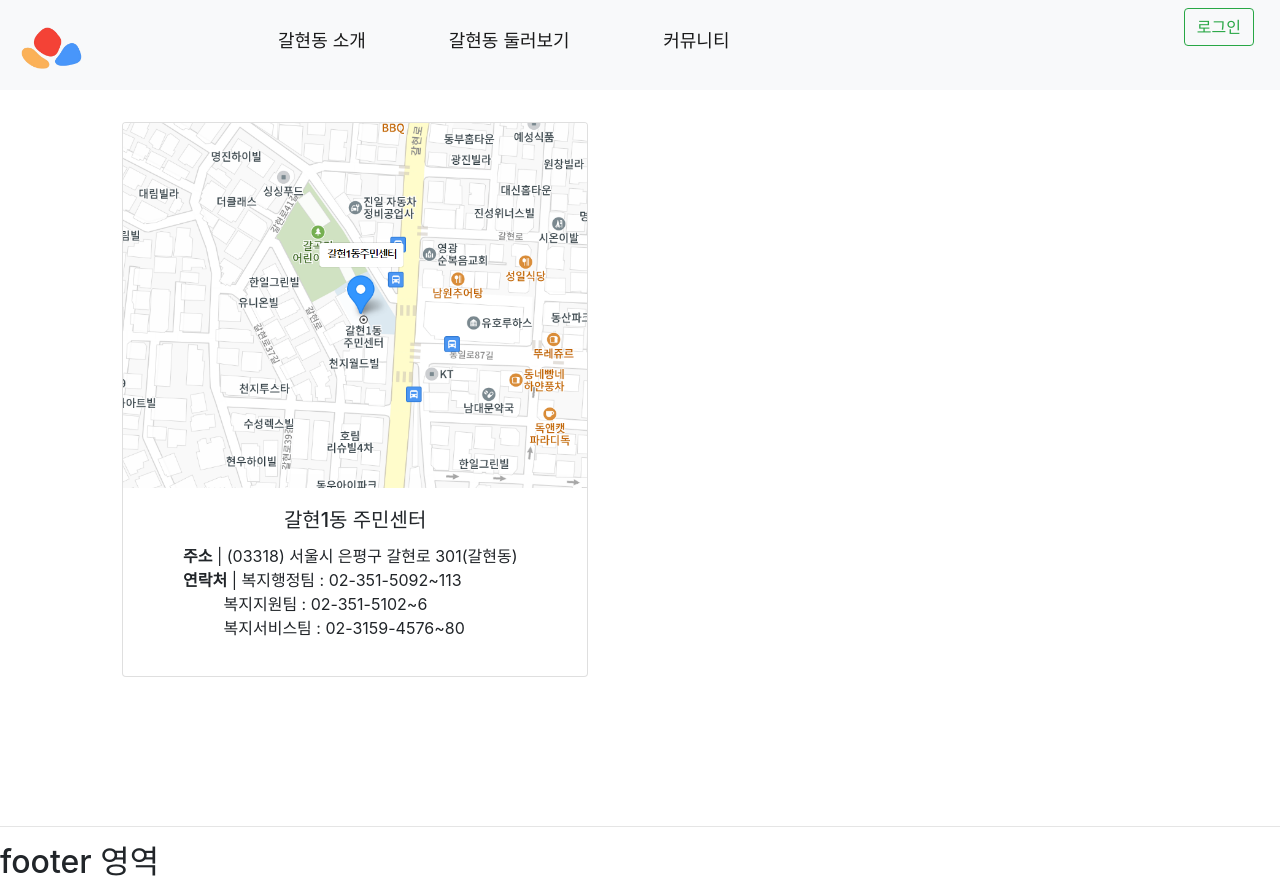
Repository: rnjsmj/pro01
Page: http://localhost/pro01/intro/map.jsp
An editor plug-in stored every save of this project. The page is shown before and after the next save, followed by the edit.
The browser window is 1280 px wide. The pictures show the whole page.
The page is served by Tomcat 9. Nobody is signed in. The application's start-up code is not run. Other server files are loaded and not shown. The template is opened directly, without the code that normally fills it, so the values that code supplies are empty.

Above is the page before, as saved 2024-04-14 16:16:17.

### pro01/WebContent/intro/map.jsp
<%@ page language="java" contentType="text/html; charset=UTF-8"
    pageEncoding="UTF-8"%>
<%@ taglib prefix="c" uri="http://java.sun.com/jsp/jstl/core" %>
<%@ taglib prefix="fmt" uri="http://java.sun.com/jsp/jstl/fmt" %>
<c:set var="path0" value="<%=request.getContextPath() %>" />
<!DOCTYPE html>
<html>
<head>
<meta charset="UTF-8">
<title>갈현동 소개 - 지역 유래</title>
<%@ include file="/head.jsp" %>
<style>
	#contents { background-color: #ffffff; height:100vh; text-align:center;justify-content:center; display:grid; }
	.page { padding : 2em; text-align : center; justify-content:center; width:1100px;}
	.map-main {text-align:center; width:100%}
	.div-map1 {float:left; text-align:center;  width:50%; box-sizing:border-box;}
	.div-map2 {float:right; text-align:center;  width:50%; box-sizing:border-box;}


	.box_list { display: inline-block; vertical-align: middle; list-style:none;

    unicode-bidi: isolate;
    text-align:left;}

    .box_item {display:block; position:relative; list-style:none;
    display: inline-block;
    margin: 0;
    padding: 0;
    box-sizing: border-box;
    text-align:left;}
    .box_subject {
    top: 0;
    left: 0;
    font-size: 16px;
    line-height: 24px;
    display: inline-block;
    margin: 0;
    padding: 0;
    box-sizing: border-box;
    text-align:left;
    font-weight:bold;
    }
    .bax-text {
    	position: absolute;
    top: 0;
    left: 0;
    font-size: 16px;
    line-height: 24px;
    display: inline-block;
    margin: 0;
    padding: 0;
    box-sizing: border-box;
    }
    .card {width:90%;}



</style>
</head>
<body>
<div id="header">
	<%@ include file="/header.jsp" %>
</div>
<div id="contents">
	<section class="page" id="page1">

		<div class="map-main">
			<div class="div-map1">
				<div class="card" >
					<img class="card-img-top" src="${path0 }/images/main/map1.png" alt="갈현1동주민센터">
					<div class="card-body">
						<h5 class="card-title">갈현1동 주민센터</h5>
						<ul class="box_list">
							<li class="box_item address">
								<span class="box_subject">주소   </span>
								<span class="box_text">  |  (03318) 서울시 은평구 갈현로 301(갈현동)</span>
							</li>
							<li class="box_item contect">
								<span class="box_subject">연락처  </span>
								<span class="box_text">   |  복지행정팀 : 02-351-5092~113</span><br>&nbsp;&nbsp;&nbsp;&nbsp;&nbsp;&nbsp;&nbsp;&nbsp;
								<span class="box_text">복지지원팀 : 02-351-5102~6</span><br>&nbsp;&nbsp;&nbsp;&nbsp;&nbsp;&nbsp;&nbsp;&nbsp;
								<span class="box_text">복지서비스팀 : 02-3159-4576~80</span>

							</li>
						</ul>
					</div>
				</div>
			</div>

			<div class="div-map2">

			</div>
		</div>
	</section>
</div>
<div id="footer">
	<%@ include file="/footer.jsp" %>
</div>
</body>
</html>

### pro01/WebContent/head.jsp
<%@ page language="java" contentType="text/html; charset=UTF-8"
    pageEncoding="UTF-8"%>
<%@ taglib prefix="c" uri="http://java.sun.com/jsp/jstl/core" %>
<%@ taglib prefix="fmt" uri="http://java.sun.com/jsp/jstl/fmt" %>
<c:set var="ipath" value="<%= request.getContextPath() %>" />
<script src="${ipath }/js/jquery-3.2.1.min.js"></script>
<link rel="stylesheet" href="${ipath }/css/bootstrap.min.css" />
<link rel="stylesheet" href="https://cdnjs.cloudflare.com/ajax/libs/font-awesome/5.7.0/css/all.min.css" />
<script src="${ipath }/js/bootstrap.min.js"></script>
<meta name="viewport" content="width=device-width, initial-scale=1.0">
<meta name="subject" content="갈현동 소개 (Galhyeon-dong Intro)" />
<meta name="description" content="갈현동, 로데오거리, 맛집, 교통" />
<meta name="keywords" content="갈현동, 갈현1동, 갈현2동, 거리, 맛집, 교통편, 연신내역, 연신내, 구산역, 구산동, 구파발, 로데오거리, 연신내로데오거리, 메트로타워, 주점" />
<link rel="icon" href="${ipath }/images/favicon.png" />
<link rel="shortcut icon" href="${ipath}/images/favicon3.png" />
<meta property="og:type" content="website" />
<meta property="og:title" content="갈현동" />
<meta property="og:description" content="갈현동, 로데오거리, 맛집, 교통" />
<meta property="og:image" content="${ipath }/images/site.png" />
<meta property="og:url" content="http://localhost:8091" />
<link rel="stylesheet" href="${ipath }/css/common.css" />

### pro01/WebContent/header.jsp
<%@ page language="java" contentType="text/html; charset=UTF-8"
    pageEncoding="UTF-8"%>
<%@ taglib prefix="c" uri="http://java.sun.com/jsp/jstl/core" %>
<%@ taglib prefix="fmt" uri="http://java.sun.com/jsp/jstl/fmt" %>
<c:set var="hpath" value="<%=request.getContextPath() %>" />

<style>
	.navbar {width:100%; clear:both; display:block;}

	.navbar-brand { float:left; margin-right:80px; margin-top:0px; }
	#gnb {width:100%; height:90px; position:absoulute; top:0px; min-width:1100px; }
	.div-navbar {width:100%; display:block; float:left; }
	#gnb .navbar-nav { width:60%; margin:0auto; float:left; display:block; min-width:606px; text-align:center; margin-left:5%; height:80px;}
	#gnb .nav-item {float:left; position:relative; width:25%; height:80px; line-height:50px; text-align:center; display:block;  }
	#gnb .nav-item a {display:block; }
	.nav-link {font-size:18px;}


	#gnb .sub_menu {display:none; list-style:none; text-align:left; background-color:#ffffff; margin-top:10px; }
	#gnb .sub_menu a {text-decoration:none; color:black;}
	#gnb .sub_menu a:hover {font-weight:600; color:#69634e; }
	#gnb .item .sub_menu li {background-color:#ffffff; }
	#gnb .nav-item:hover .sub_menu {display:block; }
	#gnb .nav-item:hover a.nav-link{font-weight:600; }
	#gnb a {text-decoration:none;}

	.mem-manage {text-align:right;   width:200px; float:right;}
	.ul-mem {list-style:none; }
	.li-mem {list-style:none; margin-left:10px; margin-right:10px; float:right; display:block;}


</style>
<header>
	<nav class="navbar navbar-light bg-light" id="gnb">
	<div class="div-navbar">
  		<a class="navbar-brand" href="/pro01"><img alt="갈현동" src="${hpath }/images/favicon3.png" width=70px></a>
		<ul class="navbar-nav">
    		<li class="nav-item active"><a class="nav-link">갈현동 소개</a>
    			<ul class="sub_menu">
    				<li><a href="${hpath }/intro/origin.jsp">지명유래</a></li>
    				<li><a href="${hpath }/intro/map.jsp">오시는 길</a></li>
    			</ul>
    		</li>
    		<li class="nav-item active"><a class="nav-link">갈현동 둘러보기</a>
    			<ul class="sub_menu">
    				<li><a href="">주요시설 안내</a></li>
    				<li><a href="">맛집 안내</a></li>
    				<li><a href="${hpath }/TrafficList.do">교통편 안내</a></li>
    			</ul>
    		</li>
    		<li class="nav-item active"><a class="nav-link">커뮤니티</a>
    			<ul class="sub_menu">
    				<li><a href="${hpath }/NoticeList.do">공지사항</a></li>
    				<li><a href="${hpath }/QnaList.do">묻고답하기</a></li>
    				<li><a href="">자료실</a></li>
    			</ul>
    		</li>
    		<c:if test="${not empty sid }">
				<c:if test="${!sid.equals('admin')}">
				<li class="nav-item active"><a class="nav-link href="${hpath }/MemberUpdate.do?id=${sid}">마이페이지</a></li>
				</c:if>
				<c:if test="${sid.equals('admin') }">
				<li class="nav-item active"><a class="nav-link href="${hpath }/admin">관리자페이지</a></li>
				</c:if>
			</c:if>
  		</ul>
  		<div class="mem-manage justify-content-end">
  			<ul class="ul-mem">
  				<c:if test="${not empty sid }">
  				<li class="li-mem">
  					<img alt="이미지" src="${hpath }/images/member-icon.svg" width=20px;>
  					<strong>${sname }</strong>
  				</li>
  				<li class="li-mem">
  					<a class="btn btn-outline-success my-2 my-sm-0" href="${hpath }/Logout.do">로그아웃</a>
  				</li>
  				</c:if>
  				<c:if test="${empty sid}">
  				<li class="li-mem">
  					<a class="btn btn-outline-success my-2 my-sm-0" href="${hpath }/member/login.jsp" >로그인</a>
  				</li>
  				</c:if>
  			</ul>
  		</div>
  	</div>
	</nav>
</header>

### pro01/WebContent/footer.jsp
<%@ page language="java" contentType="text/html; charset=UTF-8"
    pageEncoding="UTF-8"%>
<hr>
<footer>
	<h2>footer 영역</h2>
</footer>

### pro01/WebContent/css/common.css
@charset "UTF-8";
#contents {min-height:100%; height:auto; padding-bottom:100px; }
#header {clear:both; height:90px;  min-width:1100px; }
#footer { /*background-color:#2c2c2c; color:#fff;
	position:relative; transform:translateY(-100%); height:100px;*/ }

Loaded but not shown: pro01/WebContent/js/jquery-3.2.1.min.js (library); pro01/WebContent/css/bootstrap.min.css (library); pro01/WebContent/js/bootstrap.min.js (library)

After the next save:
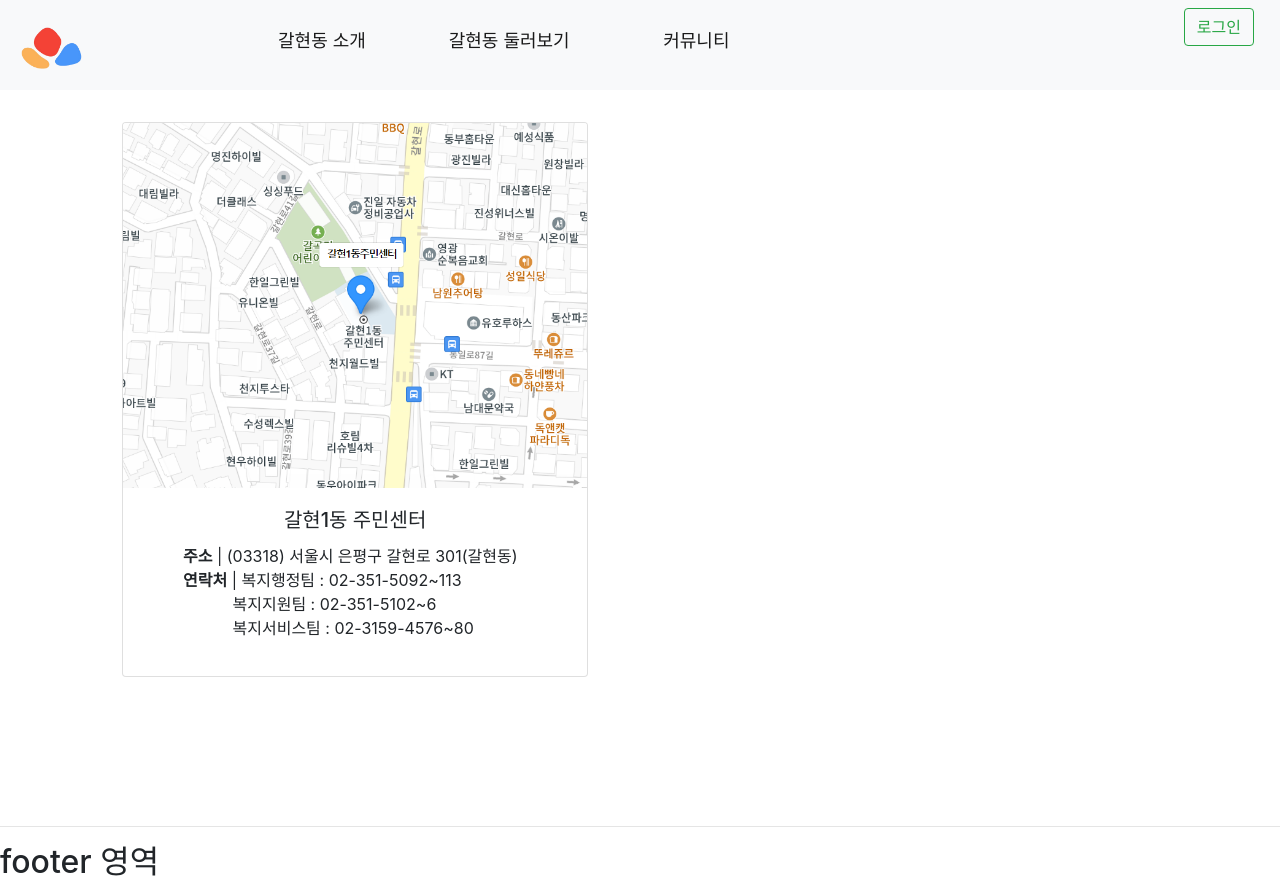
Saved 8 s later.
--- a/pro01/WebContent/intro/map.jsp
+++ b/pro01/WebContent/intro/map.jsp
@@ -77,8 +77,8 @@
 							</li>
 							<li class="box_item contect">
 								<span class="box_subject">연락처  </span>
-								<span class="box_text">   |  복지행정팀 : 02-351-5092~113</span><br>&nbsp;&nbsp;&nbsp;&nbsp;&nbsp;&nbsp;&nbsp;&nbsp;
-								<span class="box_text">복지지원팀 : 02-351-5102~6</span><br>&nbsp;&nbsp;&nbsp;&nbsp;&nbsp;&nbsp;&nbsp;&nbsp;
+								<span class="box_text">   |  복지행정팀 : 02-351-5092~113</span><br>&nbsp;&nbsp;&nbsp;&nbsp;&nbsp;&nbsp;&nbsp;&nbsp;&nbsp;&nbsp;
+								<span class="box_text">복지지원팀 : 02-351-5102~6</span><br>&nbsp;&nbsp;&nbsp;&nbsp;&nbsp;&nbsp;&nbsp;&nbsp;&nbsp;&nbsp;
 								<span class="box_text">복지서비스팀 : 02-3159-4576~80</span>
 
 							</li>
